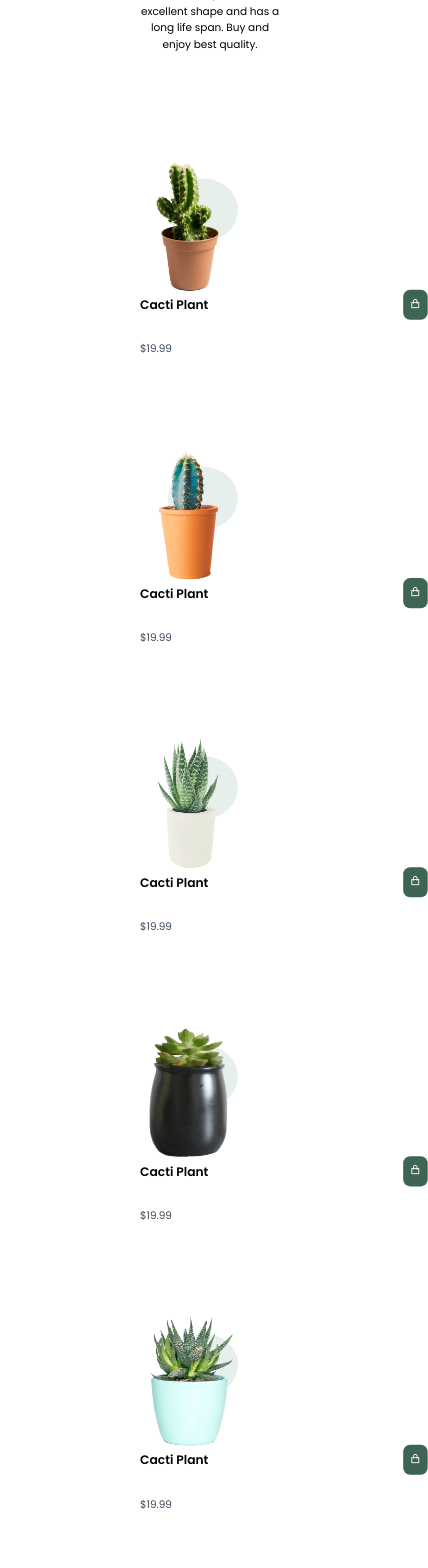
Repository: OmniaRafat232111121/plantwebsite
Page: index.html
The author's editor kept a copy of each file at every save. The page is drawn from the files as they stood at one save, then again after the next save.
The browser window is 600 px wide. The page is 611 px wide, then 600 px, so the pictures cover 611 px, including what lies to the right of the window. The pictures show the part of the page from y = 3107 to 5347 px (the page is 7858 px tall before and 7720 px after), at 70% of full size.

Above is the page before, as saved 2023-01-05 17:19:32.

After the next save:
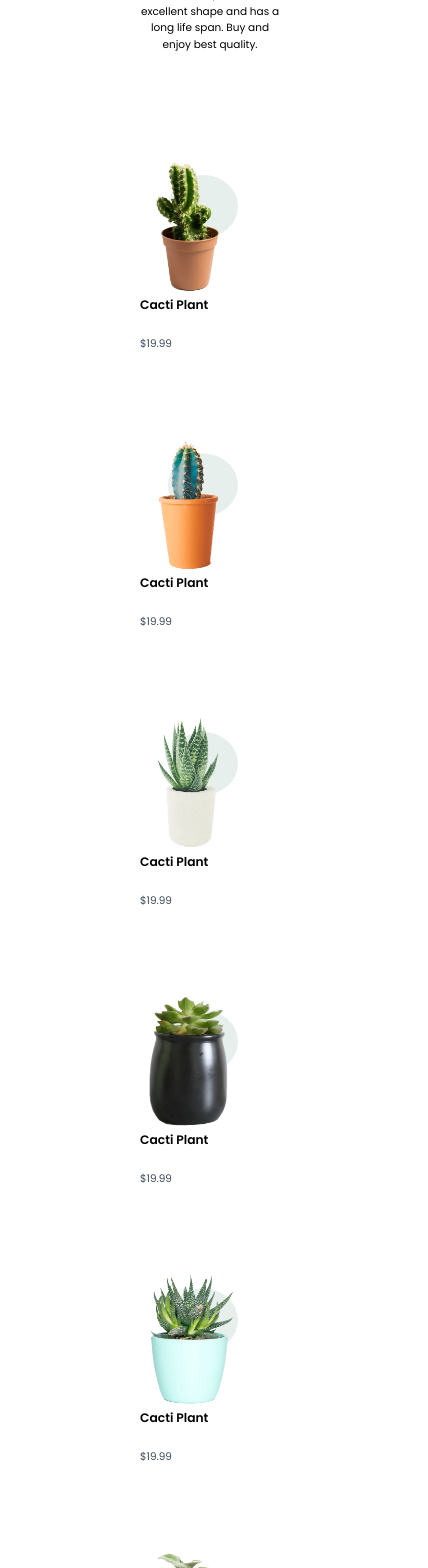
Saved 62 s later.
--- a/assets/css/styles.css
+++ b/assets/css/styles.css
@@ -786,7 +786,6 @@ margin-top: 40px;
 
 @media(max-width:767px){
   .box button{
-    position:relative;
-    left:250px;
+    display:none;
   }
 }
